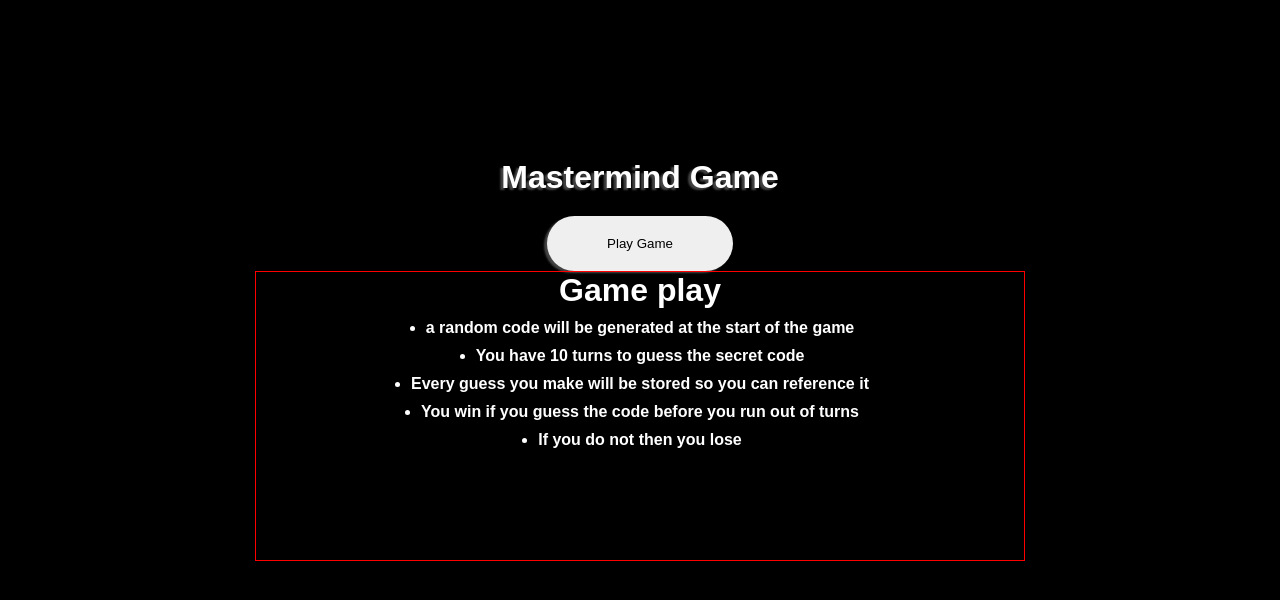
Repository: programmer686/Mastermind-with-Next.js
Page: /
An editor plug-in stored every save of this project. The page is shown before and after the next save, followed by the edit.
The browser window is 1280 px wide. The pictures show the whole page.
The project was rebuilt for these pictures with package versions that can differ from the ones it lists, and the page was loaded fresh each time. The framework's server and built-in components were replaced by stand-ins that run in the browser. Also part of the build but not shown: next.config.js, src/styles/GameBoard.module.css, src/styles/PastPlay.module.css, src/comps/PastPlay.js, src/styles/GamePlay.module.css, src/comps/Logic.js, src/styles/Results.module.css, src/comps/Results.js and 3 more.

Above is the page before, as saved 2023-07-18 20:40:26.

After the next save:
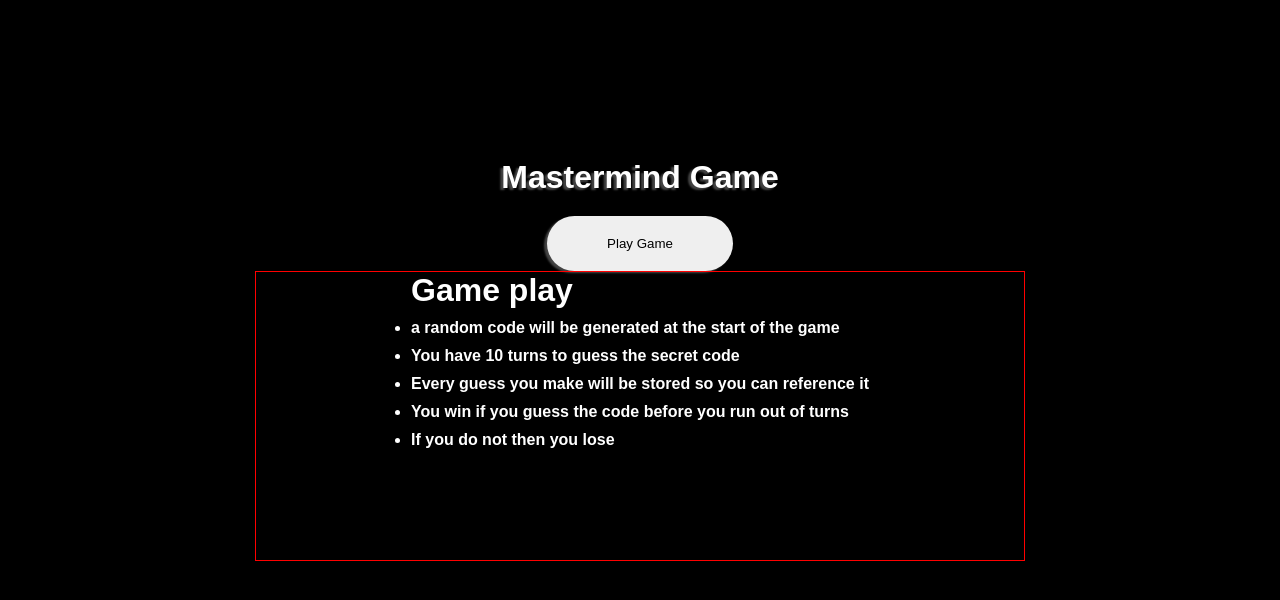
Saved 28 s later.
--- a/src/comps/StartScreen.js
+++ b/src/comps/StartScreen.js
@@ -5,8 +5,8 @@ export default function StartScreen(props) {
         <main className={styles.startscreen__body}>
             <p className={styles.startscreen__game_name}>Mastermind Game</p>
             <button onClick={props.handleStart} className={styles.startscreen__play_button}>Play Game</button>
-            <div>
-                <ul className={styles.startscreen__game_fules_container}>
+            <div className={styles.startscreen__game_fules_container}>
+                <ul >
                     <h1 className={styles.startscreen__game_fules_li}>Game play</h1>
                     <li className={styles.startscreen__game_fules_li}>a random code will be generated at the start of the game</li>
                     <li className={styles.startscreen__game_fules_li}>You have 10 turns to guess the secret code</li>
